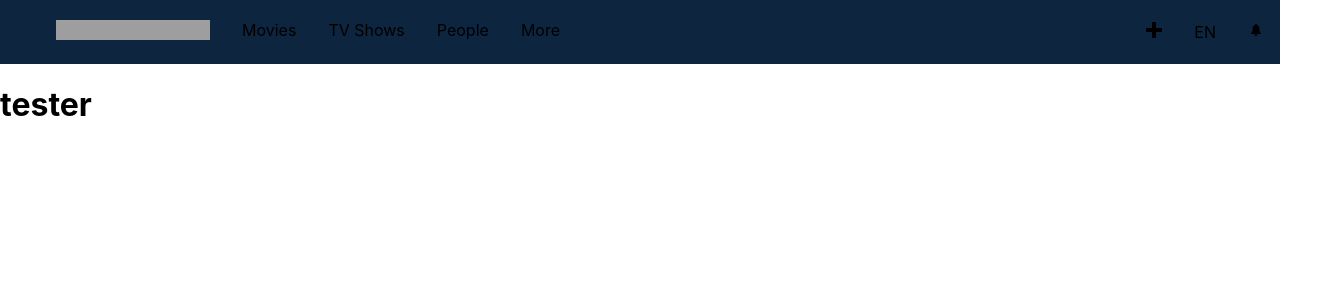
Repository: Fauzaanmhmd/qnpTesFrontend
Page: /
An editor plug-in stored every save of this project. The page is shown before and after the next save, followed by the edit.
The browser window is 1280 px wide. The page is 1280 px wide, then 1344 px, so the pictures cover 1344 px, including what lies to the right of the window. The pictures show the whole page.
Pictures or frames that could not be fetched are drawn as grey boxes. The page's requests for data from a server got no answer. The project was rebuilt for these pictures with package versions that can differ from the ones it lists, and the page was loaded fresh each time. The framework's server and built-in components were replaced by stand-ins that run in the browser. No one was signed in, and anything a server would have sent is missing. Also part of the build but not shown: next.config.js, styles/Moviecard.module.scss, pages/components/Moviecard.tsx.

Above is the page before, as saved 2022-03-17 14:37:09.

### pages/index.tsx
import type { NextPage } from 'next'
import styles from '../styles/Home.module.scss'
import Section from './Section'
import { useEffect, useState } from 'react'
import axios from 'axios'
import MovieCard from './components/Moviecard'
import Youtube from 'react-youtube'
import { ReactNode } from 'react'
import Navbar from './components/Navbar'


const Home: NextPage = () => {

  const MOVIE_API = "https://api.themoviedb.org/3"
  const SEARCH_API = MOVIE_API + "search/movie"
  const BACKDROP_PATH = "https://image.tmdb.org/t/p/w1280"
  const API_KEY = "b3802c15c1569a1a0caa6bee01c6f23e"
  const DISCOVER_API = `${MOVIE_API}/discover/movie`

  const [movie, setMovie] = useState({ title: "Loading Movies" })
  const [trailer, setTrailer] = useState(null)
  const [playing, setPlaying] = useState(false)
  const [movies, setMovies] = useState([])
  const [searchKey, setSearchKey] = useState("")

  useEffect(() => {
    fetchMovies()
  }, [])

  const fetchMovies = async () => {

    const { data } = await axios.get(`${searchKey ? SEARCH_API : DISCOVER_API}`, {
      params: {
        api_key: API_KEY,
        query: searchKey
      }
    })

    console.log(data)
    setMovies(data.results)
  }

  const renderMovies = () => {
    return movies?.map((movie: any) => (
      <MovieCard
        key={movie.id}
        movie={movie}
      />
    ))
  }

  return (
    <div>
      <header>
        <Navbar />
      </header>
      <div>
        <h1>tester</h1>
        <div className={styles.container}>
          {renderMovies()}
        </div>
      </div>
    </div>
  )

}


export default Home

### styles/Home.module.scss
.container {
    display: flex;
    align-items: center;
    flex-wrap: nowrap;
    flex-direction: row;
    margin-top: 8px;
    margin-left: 2rem;
    max-width: 100%;
    overflow-x: auto;
}

### pages/components/Navbar.tsx
import styles from "../../styles/Navbar.module.scss"
import { ImPlus } from "react-icons/im";
import { IoIosNotifications } from "react-icons/io";

const Navbar = () => {
    return (
        <div className={styles.Navbar}>
            <div className={styles.MenuBar}>
                <ul className={styles.NavbarItem}>
                    <li><img src="https://www.themoviedb.org/assets/2/v4/logos/v2/blue_short-8e7b30f73a4020692ccca9c88bafe5dcb6f8a62a4c6bc55cd9ba82bb2cd95f6c.svg" /></li>
                    <li><a>Movies</a>
                        <div className={styles.Submenu}>
                            <ul>
                                <li>Popular</li>
                                <li>Now Playing</li>
                                <li>Upcoming</li>
                                <li>Top Rated</li>
                            </ul>
                        </div>
                    </li>
                    <li><a>TV Shows</a>
                        <div className={styles.Submenu}>
                            <ul>
                                <li>Popular</li>
                                <li>Now Playing</li>
                                <li>Upcoming</li>
                                <li>Top Rated</li>
                            </ul>
                        </div>
                    </li>
                    <li><a>People</a>
                        <div className={styles.Submenu}>
                            <ul>
                                <li>Popular</li>
                            </ul>
                        </div>
                    </li>
                    <li><a>More</a>
                        <div className={styles.Submenu}>
                            <ul>
                                <li>Discussion</li>
                                <li>Leaderbord</li>
                                <li>Support</li>
                                <li>API</li>
                            </ul>
                        </div>
                    </li>
                </ul>
            </div>
            <div className={styles.MenuBar}>
                <ul className={styles.NavbarIcon}>
                    <li><a><ImPlus /></a>
                        <div className={styles.Submenu}>
                            <ul>
                                <li>Add New Movie</li>
                                <li>Add New Movie</li>
                            </ul>
                        </div>
                    </li>
                    <li><a>EN</a>
                        <div className={styles.Submenu}>
                            <ul>
                                <li>Add New Movie</li>
                                <li>Add New Movie</li>
                            </ul>
                        </div>
                    </li>
                    <li><a><IoIosNotifications /></a>
                        <div className={styles.Submenu}>
                            <ul>
                                <li><p>Unread Notifications</p></li>
                            </ul>
                        </div>
                    </li>
                </ul>
            </div>
        </div>
    )
}

export default Navbar

### styles/Navbar.module.scss
@import "./utils/utils.scss";

.Navbar {
    display: flex;
    justify-content: space-between;
    background-color: $darkblue;
    width: 100%;
    height: 4rem;
    align-items: center;
}

.MenuBar {
    text-align: center;
}

.MenuBar ul {
    display: inline-flex;
    list-style: none;
}

.MenuBar ul li {
    padding: 1rem;
}

.NavbarItem {
    display: flex;

    img {
        width: 154px;
        height: 20px;
    }
}

.NavbarIcon {
    display: flex;
    justify-content: center;
}

.Submenu {
    display: none;
}

.MenuBar ul li:hover {
    background: $lightgreen;
    border-radius: 3px;
}

.MenuBar ul li:hover .Submenu {
    display: block;
    position: absolute;
    background-color: $white;
    margin-top: 10px;
    margin-left: -15px;
    width: 13rem;
    cursor: pointer;
}

.MenuBar li a {
    cursor: pointer;
    text-decoration: none;
}

.MenuBar ul li:hover .Submenu ul {
    display: block;
    margin: 10px;
}

.MenuBar ul li:hover .Submenu ul {
    padding: 5px;
    background: transparent;
    text-align: left;
}

### styles/utils/utils.scss
@import "./color.scss";

### styles/utils/color.scss
$lightgreen : #90cea1;
$white: #FFFFFF;
$lightblue: #01b4e4;
$darkblue: #0d253f;

Loaded but not shown: pages/_app.tsx (common file); styles/globals.scss (common file)

After the next save:
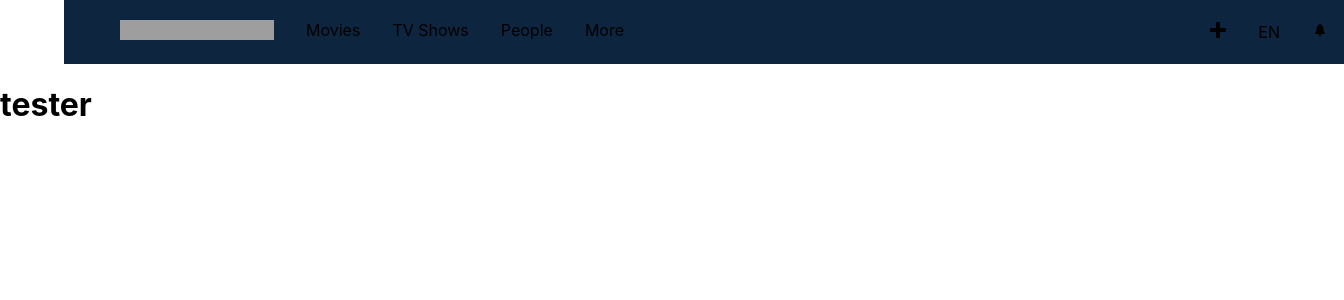
Saved 97 s later.
--- a/styles/Navbar.module.scss
+++ b/styles/Navbar.module.scss
@@ -7,6 +7,7 @@
     width: 100%;
     height: 4rem;
     align-items: center;
+    margin: 0 4rem 0 4rem;
 }
 
 .MenuBar {
